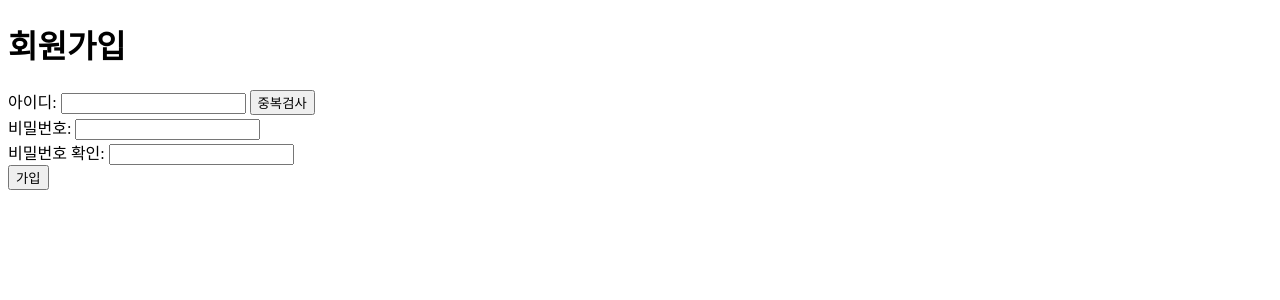
Repository: Chojaejun/javastudy
Page: HelloWorld/WebContent/d.html
These files come from the project's save history. The page is drawn as it stood at one moment and after the next save; the edit follows.
The browser window is 1280 px wide. The pictures show the whole page.

Above is the page before, as saved 2020-12-04 07:11:43.

After the next save:
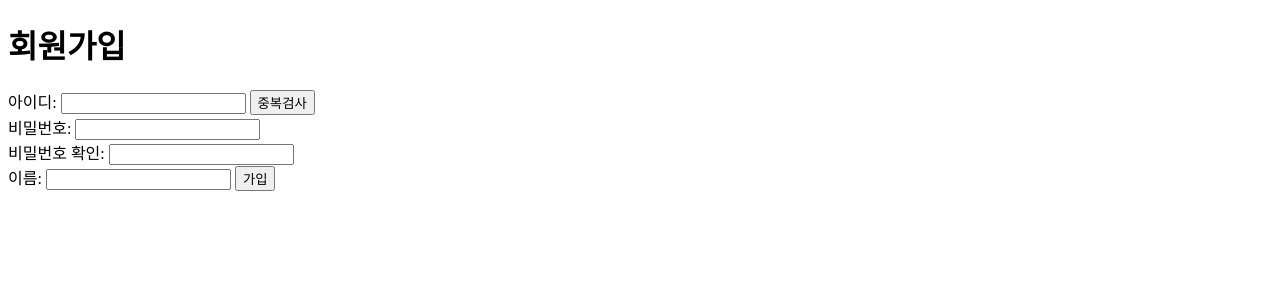
Saved 2 min 41 s later.
--- a/HelloWorld/WebContent/d.html
+++ b/HelloWorld/WebContent/d.html
@@ -17,8 +17,9 @@
 <br>
 <label for="pw2">비밀번호 확인: </label>
 <input id="pw2" type="password" name="pw2">
-
 <br>
+<label for="name">이름: </label>
+<input name = "name">
 
 
 <input type="submit" value="가입">
